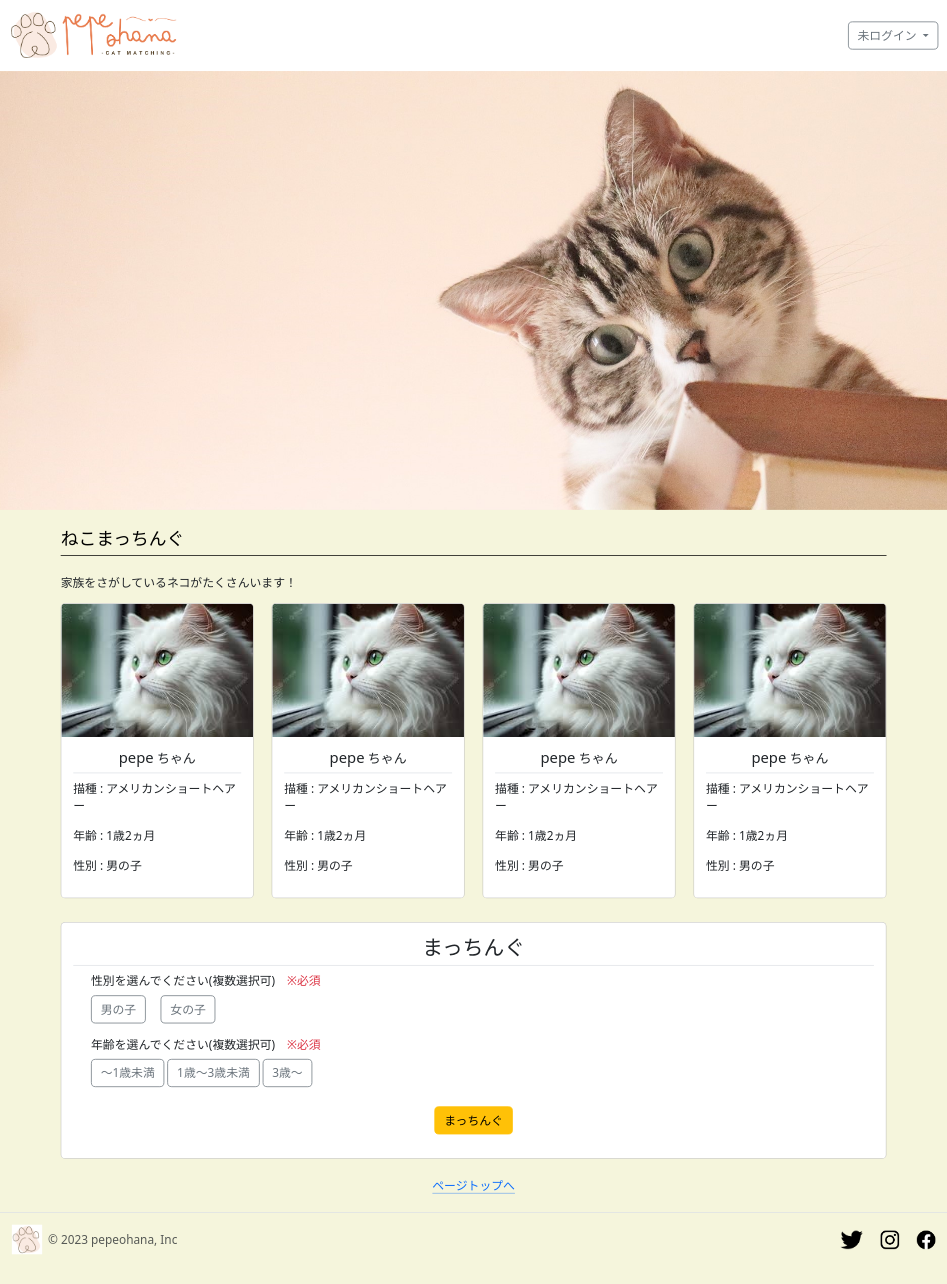
Repository: sakuwell/pepe
Page: http://localhost/PepeOhana/
The author's editor kept a copy of each file at every save. The page is drawn from the files as they stood at one save, then again after the next save.
The browser window is 1280 px wide. The pictures show the whole page, at 74% of full size.
The page is served by Tomcat 9. Other server files are loaded and not shown.

Above is the page before, as saved 2023-09-06 06:37:24.

### ExWorkSpace/PepeOhana/src/main/webapp/index.jsp
<%@ page language="java" contentType="text/html; charset=UTF-8"
    pageEncoding="UTF-8"%>
<%@ page import="model.UsersInfoDto" %>

<!DOCTYPE html>
<html lang="ja">
<head>
    <meta charset="UTF-8">
    <meta name="viewport" content="width=device-width, initial-scale=1.0">
    <!-- Bootstrap CSS -->
    <link href="https://cdn.jsdelivr.net/npm/bootstrap@5.3.0/dist/css/bootstrap.min.css" rel="stylesheet" integrity="sha384-9ndCyUaIbzAi2FUVXJi0CjmCapSmO7SnpJef0486qhLnuZ2cdeRhO02iuK6FUUVM" crossorigin="anonymous">
    <script src="https://cdn.jsdelivr.net/npm/bootstrap@5.3.0/dist/js/bootstrap.bundle.min.js" integrity="sha384-geWF76RCwLtnZ8qwWowPQNguL3RmwHVBC9FhGdlKrxdiJJigb/j/68SIy3Te4Bkz" crossorigin="anonymous"></script>
    <title>Top | pepeohana</title>
</head>

<%
    // セッションを取得
	UsersInfoDto userInfoOnSession = (UsersInfoDto)session.getAttribute("LOGIN_INFO");
	boolean isLoggedIn = false;
	String userName = "";
	//HttpSession mysession = request.getSession(true);

    // セッションが存在し、username属性もセットされている場合はログイン済み
    if (userInfoOnSession != null) {
		userName = userInfoOnSession.getUserName();
        isLoggedIn = true;
    }
%>

<body  style="background-color:beige;">
	<% if (isLoggedIn) { %>
    <!-- ログイン済ヘッダー -->
    <nav class="navbar navbar-expand-lg navbar-light bg-white">
        <div class="container-fluid">
            <a class="navbar-brand" href="index.jsp">
                <img src="images/pepe_ohana_logo.png" alt="ページロゴ" width="auto" height="70">
            </a>
            <div class="btn-group">
                <button type="button" class="btn btn-secondary dropdown-toggle" data-bs-toggle="dropdown" aria-expanded="false">
                    userName
                </button>
                <ul class="dropdown-menu dropdown-menu-end">
                    <li><a class="dropdown-item" href="<%=request.getContextPath()%>/ExeMyPage">マイページ</a></li>
                    <li><a class="dropdown-item" href="<%=request.getContextPath()%>/ExeLogout">ログアウト</a></li>
                </ul>
            </div>
        </div>
    </nav>
    <!-- ログイン済ヘッダーここまで -->
    <% } else { %>
    <!-- 未ログインヘッダー -->
    <nav class="navbar navbar-expand-lg navbar-light bg-white">
    	<div class="container-fluid">
        	<a class="navbar-brand" href="index.jsp">
          		<img src="images/pepe_ohana_logo.png" alt="ページロゴ" width="auto" height="70">
          	</a>
         	<div class="btn-group">
            	<button type="button" class="btn btn-outline-secondary dropdown-toggle" data-bs-toggle="dropdown" aria-expanded="false">
             		 未ログイン
            	</button>
            	<ul class="dropdown-menu dropdown-menu-end">
              		<li><a class="dropdown-item" href="jsp/Login.jsp">ログイン</a></li>
              		<li><a class="dropdown-item" href="jsp/registUser.jsp">新規ユーザー登録</a></li>
            	</ul>
          	</div>
        </div>
    </nav>
    <!-- 未ログインヘッダーここまで -->
    <% } %>


    <!-- ヒーロー画像 -->
    <img class="img-fluid mb-4" src="images/hero_index.jpg"  alt="index画像" style="max-height:600px; width:100%; object-fit: cover;">

    <!-- ここから下　ページごとの内容 -->
    <div class="container">
        <div class="h4 pb-2 mb-4 text-black border-bottom border-black">
            ねこまっちんぐ
        </div>
            <p>家族をさがしているネコがたくさんいます！</p>
        <!-- 猫カードエリア -->
        <div class="row">
           <!-- カードのコンテンツ1 -->
           <div class="col-6 col-md-4 col-lg-3">
                <div class="card mb-3">
                	<img src="images/cat_2.jpg" style="height:180px; width: 100%; object-fit: cover;" class="card-img-top" alt="猫画像">
                    <div class="card-body">
                        <h5 class="card-title text-center border-bottom pb-2">pepe<small> ちゃん</small></h5>
                        <p class="card-text text-right">描種 : アメリカンショートヘアー</p>
                        <p class="card-text text-right">年齢 : 1歳2ヵ月</p>
                        <p class="card-text text-right">性別 : 男の子</p>
                        <div class="d-flex justify-content-center">
                            <a href="#" class="stretched-link"></a>
                        </div>
                    </div>
                </div>
            </div>
           <!-- カードのコンテンツ2 -->
           <div class="col-6 col-md-4 col-lg-3">
                <div class="card mb-3">
                	<img src="images/cat_2.jpg" style="height:180px; width: 100%; object-fit: cover;" class="card-img-top" alt="猫画像">
                    <div class="card-body">
                        <h5 class="card-title text-center border-bottom pb-2">pepe<small> ちゃん</small></h5>
                        <p class="card-text text-right">描種 : アメリカンショートヘアー</p>
                        <p class="card-text text-right">年齢 : 1歳2ヵ月</p>
                        <p class="card-text text-right">性別 : 男の子</p>
                        <div class="d-flex justify-content-center">
                            <a href="#" class="stretched-link"></a>
                        </div>
                    </div>
                </div>
            </div>
           <!-- カードのコンテンツ3 -->
           <div class="col-6 col-md-4 col-lg-3">
                <div class="card mb-3">
                	<img src="images/cat_2.jpg" style="height:180px; width: 100%; object-fit: cover;" class="card-img-top" alt="猫画像">
                    <div class="card-body">
                        <h5 class="card-title text-center border-bottom pb-2">pepe<small> ちゃん</small></h5>
                        <p class="card-text text-right">描種 : アメリカンショートヘアー</p>
                        <p class="card-text text-right">年齢 : 1歳2ヵ月</p>
                        <p class="card-text text-right">性別 : 男の子</p>
                        <div class="d-flex justify-content-center">
                            <a href="#" class="stretched-link"></a>
                        </div>
                    </div>
                </div>
            </div>
           <!-- カードのコンテンツ4 -->
           <div class="col-6 col-md-4 col-lg-3">
                <div class="card mb-3">
                	<img src="images/cat_2.jpg" style="height:180px; width: 100%; object-fit: cover;" class="card-img-top" alt="猫画像">
                     <div class="card-body">
                         <h5 class="card-title text-center border-bottom pb-2">pepe<small> ちゃん</small></h5>
                         <p class="card-text text-right">描種 : アメリカンショートヘアー</p>
                         <p class="card-text text-right">年齢 : 1歳2ヵ月</p>
                         <p class="card-text text-right">性別 : 男の子</p>
                         <div class="d-flex justify-content-center">
                             <a href="#" class="stretched-link"></a>
                         </div>
                     </div>
                 </div>
            </div>
		</div>

        <!-- 検索フォームエリア -->
        <div class="card mt-3 p-3">
         	<form action="SearchCat">
         		<h3 class="border-bottom pb-2" style="text-align:center;">まっちんぐ</h3>
         		<div class="form-check">
					<label for="" class="form-label">性別を選んでください(複数選択可)<span class="text-danger">　※必須</span></label><br>
	         		<input type="checkbox" class="btn-check" id="gender_1" autocomplete="off">
					<label class="btn btn-outline-secondary" for="gender_1">男の子</label>
	         		<input type="checkbox" class="btn-check" id="gender_2" autocomplete="off">
					<label class="btn btn-outline-secondary ms-3" for="gender_2">女の子</label>
				</div>
         		<div class="form-check mt-3">
					<label for="" class="form-label">年齢を選んでください(複数選択可)<span class="text-danger">　※必須</span></label><br>
	         		<input type="checkbox" class="btn-check" id="age_1" autocomplete="off">
					<label class="btn btn-outline-secondary" for="age_1">～1歳未満</label>
	         		<input type="checkbox" class="btn-check" id="age_2" autocomplete="off">
					<label class="btn btn-outline-secondary" for="age_2">1歳～3歳未満</label>
	         		<input type="checkbox" class="btn-check" id="age_3" autocomplete="off">
					<label class="btn btn-outline-secondary" for="age_3">3歳～</label>
				</div>
				<p style="text-align:center;">
					<button type="submit" class="btn btn-warning mt-4">まっちんぐ</button>
				</p>
			</form>
		</div>

	</div>
    <!-- ここまで　ページごとの内容 -->

    <!-- フッター -->
    <div class="text-center mt-4">
        <a class="icon-link icon-link-hover" href="#">
            ページトップへ
        </a>
	</div>
	<footer class="d-flex flex-wrap justify-content-between align-items-center py-3 my-4 border-top">
    	<div class="col-md-4 d-flex align-items-center ms-3">
        	<a href="index.jsp" class="mb-3 me-2 mb-md-0"><img alt="ロゴ画像" src="images/nikukyu_logo.png" width="auto" height="40"></a>
          	<span class="mb-3 mb-md-0 text-body-secondary">© 2023 pepeohana, Inc</span>
        </div>
        <ul class="nav col-md-4 justify-content-end list-unstyled d-flex me-3">
            <li><a href="#"><img src=images/twitter_logo.png width="auto" height="25"></a></li>
            <li class="ms-4"><a href="#"><img src=images/insta_logo.png width="auto" height="25"></a></li>
            <li class="ms-4"><a href="#"><img src=images/facebook_logo.png width="auto" height="25"></a></li>
        </ul>
	</footer>
    <!-- フッター　ここまで -->

</body>
</html>

After the next save:
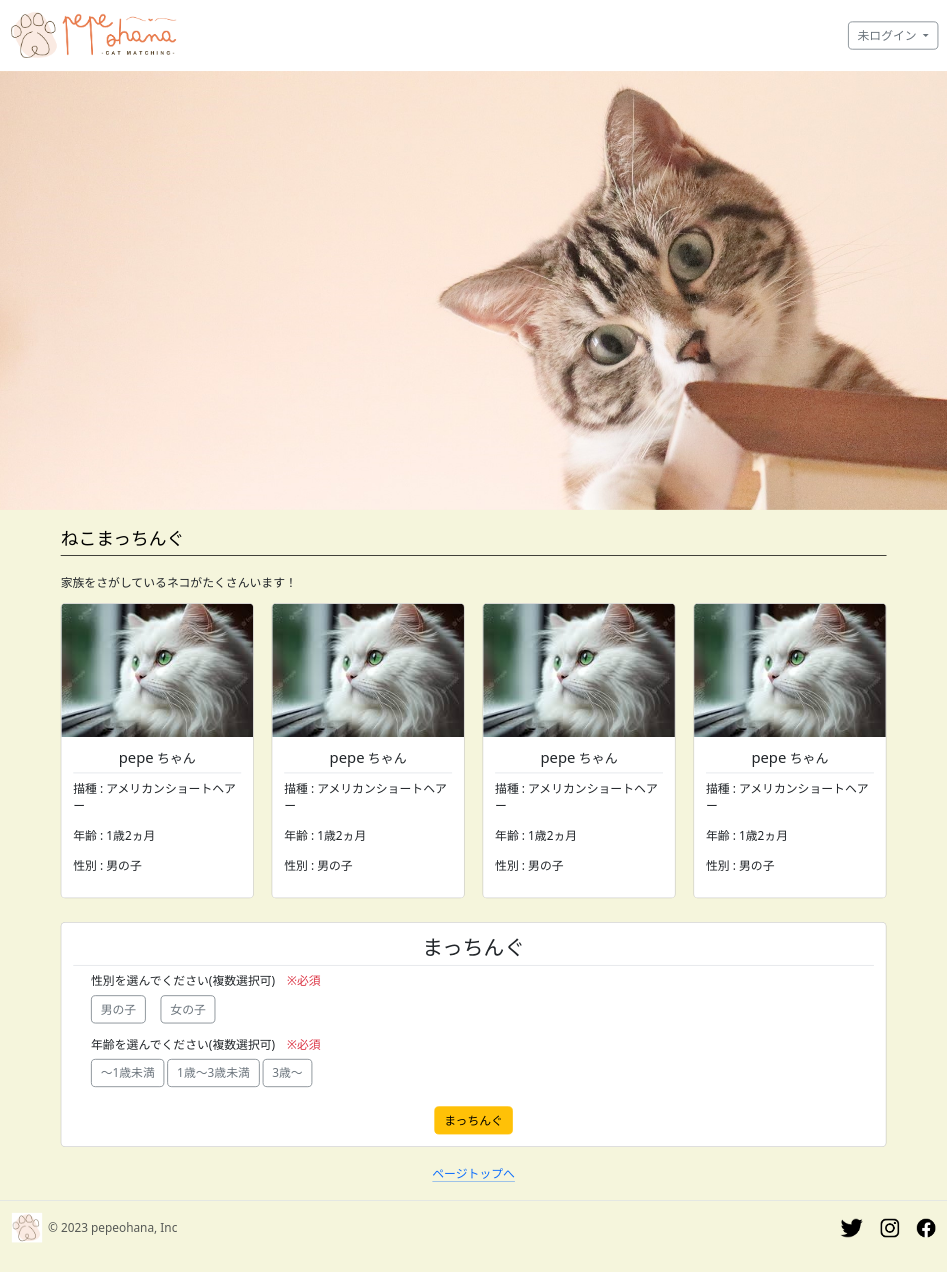
Saved 54 s later.
--- a/ExWorkSpace/PepeOhana/src/main/webapp/index.jsp
+++ b/ExWorkSpace/PepeOhana/src/main/webapp/index.jsp
@@ -162,7 +162,7 @@
 	         		<input type="checkbox" class="btn-check" id="age_3" autocomplete="off">
 					<label class="btn btn-outline-secondary" for="age_3">3歳～</label>
 				</div>
-				<p style="text-align:center;">
+				<p style="text-align:center; margin-bottom:0;">
 					<button type="submit" class="btn btn-warning mt-4">まっちんぐ</button>
 				</p>
 			</form>
